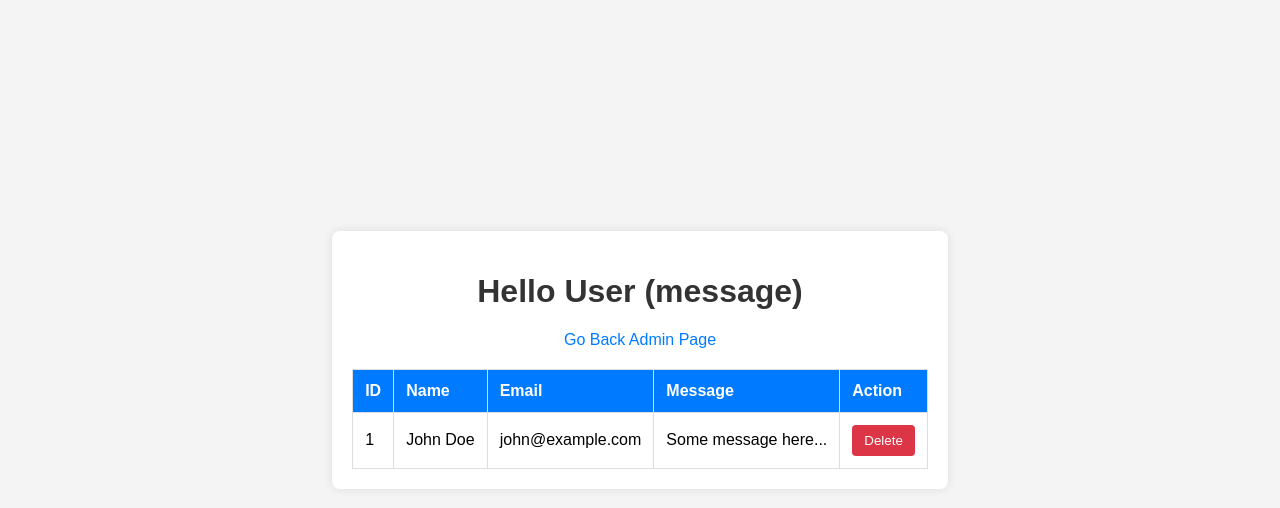
Repository: HAIDAR123654/CodeHuntMvcProject
Page: http://localhost/myportfolio/read-message.jsp
The author's editor kept a copy of each file at every save. The page is drawn from the files as they stood at one save, then again after the next save.
The browser window is 1280 px wide. The pictures show the whole page.
The page is served by Tomcat 9. The session is filled in as if someone had signed in: {"username": "testuser", "login": "testuser"}.

Above is the page before, as saved 2024-01-26 17:56:16.

After the next save:
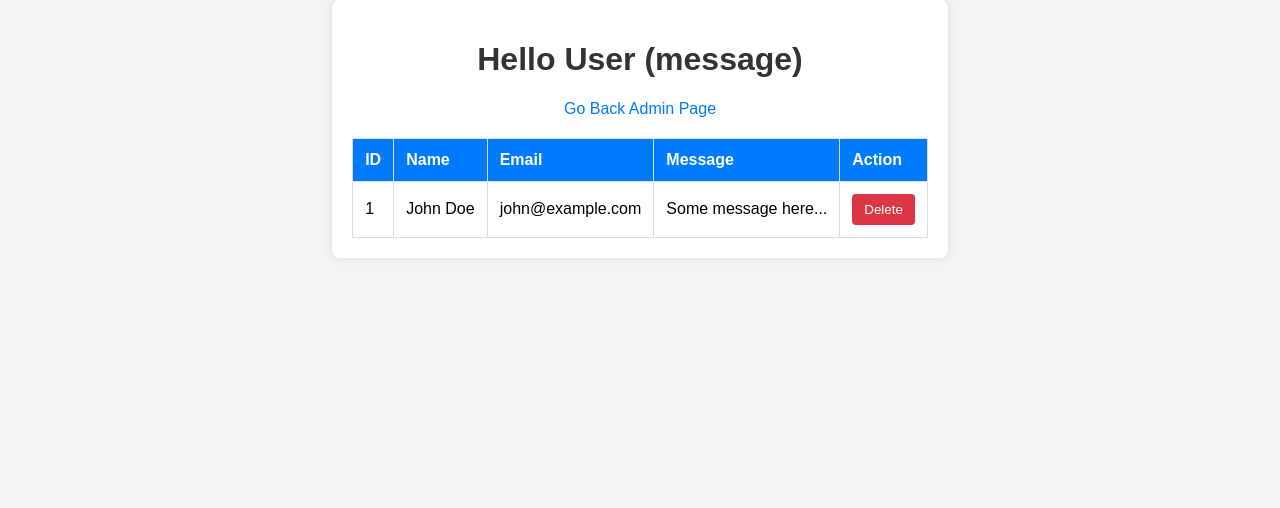
Saved 4 min 41 s later.
--- a/myportfolio/src/main/webapp/read-message.jsp
+++ b/myportfolio/src/main/webapp/read-message.jsp
@@ -27,7 +27,7 @@
             display: flex;
             flex-direction: column;
             align-items: center;
-            justify-content: center;
+            justify-content: flex-start;
             height: 100vh;
         }
 
